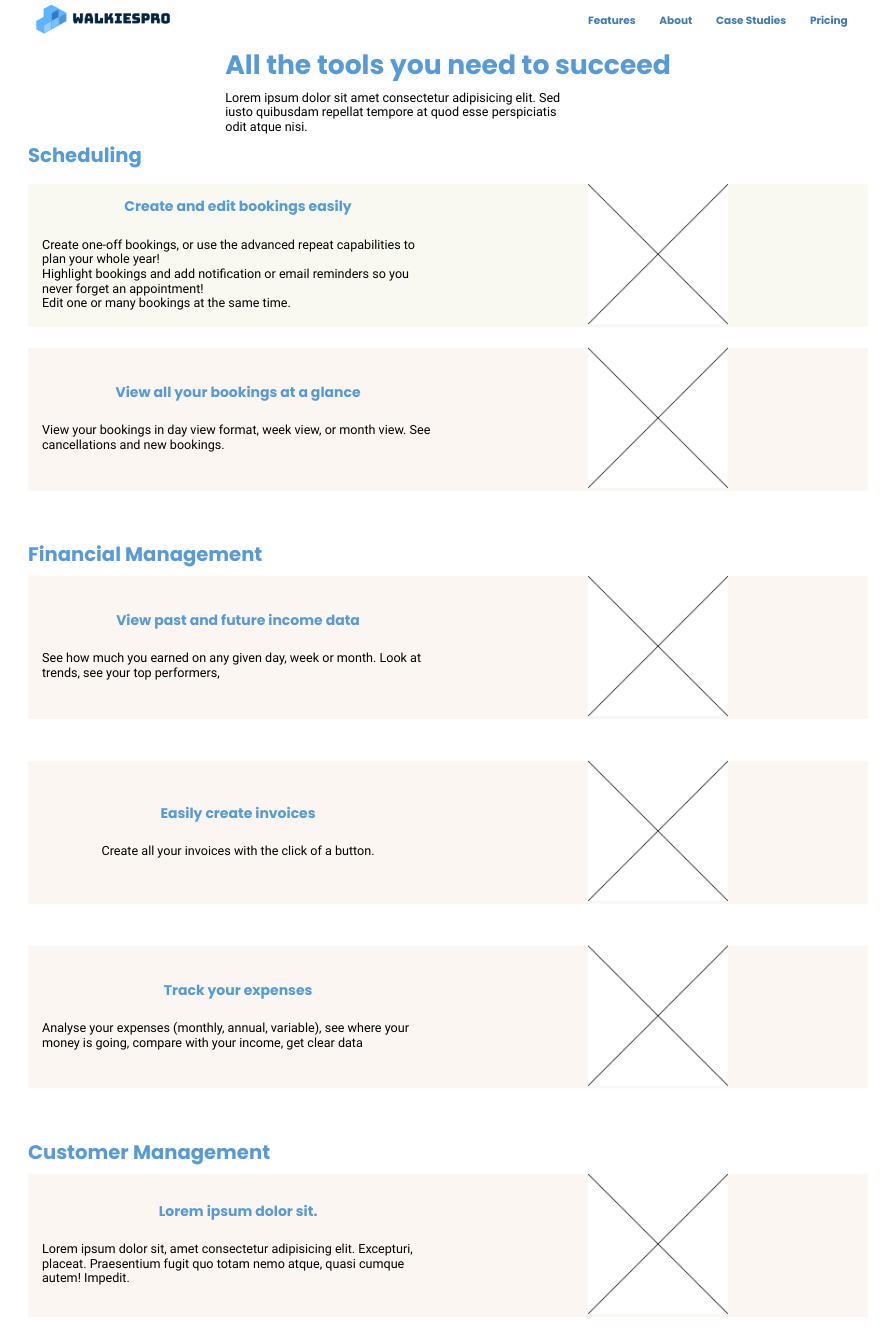
Repository: StevieC87/LAYOUT4
Page: features.html
The author's editor kept a copy of each file at every save. The page is drawn from the files as they stood at one save, then again after the next save.
The browser window is 1280 px wide. The pictures show the part of the page from y = 0 to 1920 px (the page is 2637 px tall), at 70% of full size.

Above is the page before, as saved 2022-01-04 00:26:39.

After the next save:
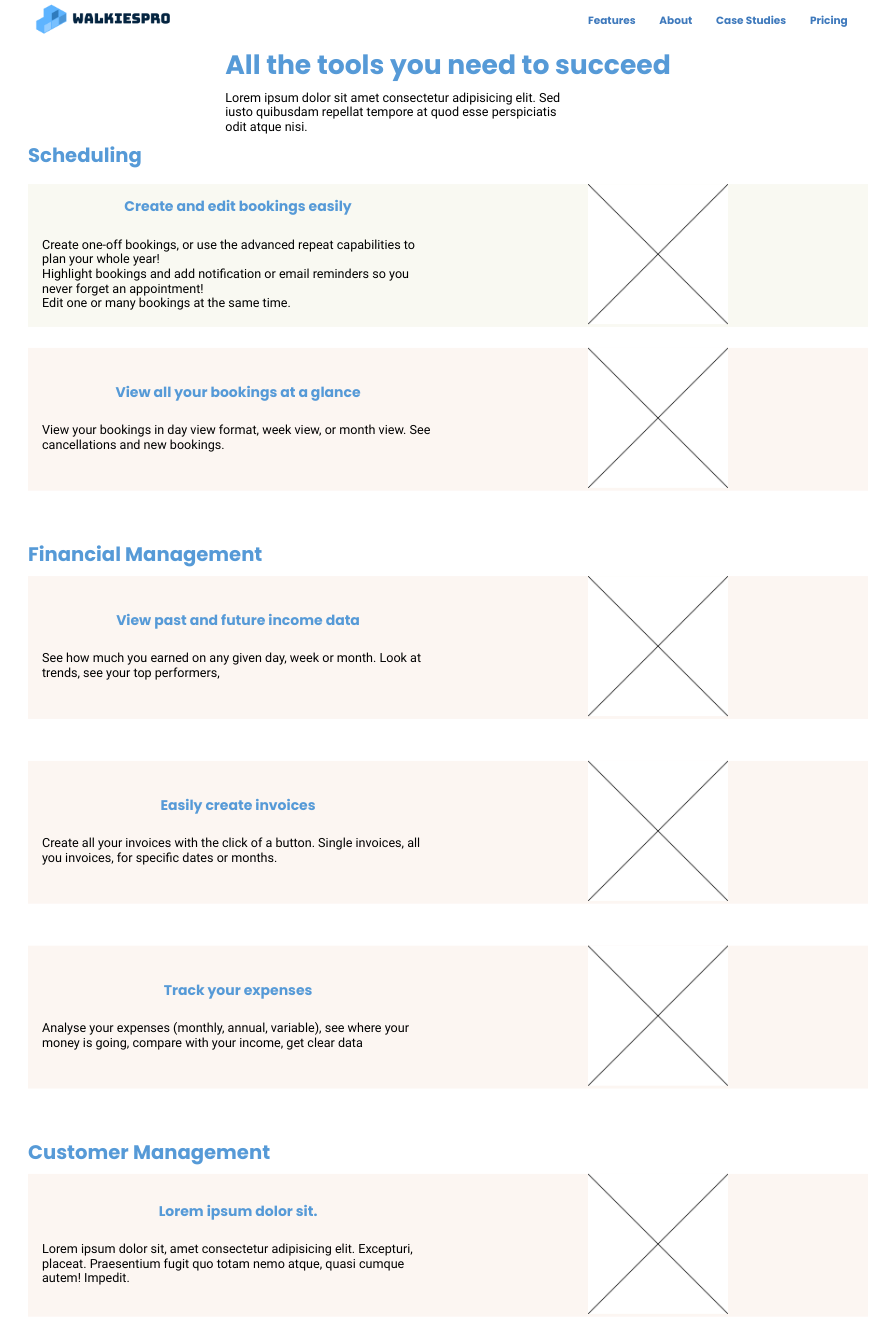
Saved 35 s later.
--- a/features.html
+++ b/features.html
@@ -103,7 +103,7 @@
           <div class="section2divrow frontfeatures2">
             <div class="centerhorizvert section2textleft2">
               <h5 class="centertext ">Easily create invoices</h5>
-              <p class="section2txt">Create all your invoices with the click of a button. </p>
+              <p class="section2txt">Create all your invoices with the click of a button. Single invoices, all you invoices, for specific dates or months. </p>
             </div>
             <div class="centerhorizvert section2imgright2"><img src="images/3.png" width="200px" alt="" /></div>
           </div>
